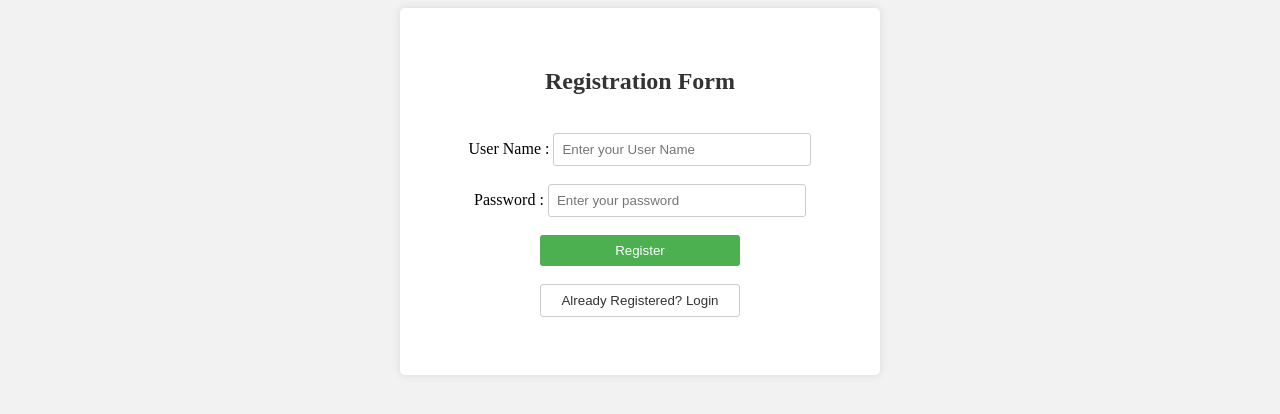
Repository: mansistic-0n3/Java_IGT
Page: Java Project/BankJSP/src/main/webapp/WEB-INF/forgot.html
These files come from the project's save history. The page is drawn as it stood at one moment and after the next save; the edit follows.
The browser window is 1280 px wide. The pictures show the whole page.

Above is the page before, as saved 2023-06-28 18:40:21.

### Java Project/BankJSP/src/main/webapp/WEB-INF/forgot.html
<!DOCTYPE html>
<html>
<head>
  <title>Registration Form</title>
</head>
<body style="background-color: #f2f2f2; text-align:center;">
  <div style="max-width: 400px; margin: 0 auto; padding: 40px; background-color: #ffffff; border-radius: 5px; box-shadow: 0 0 10px rgba(0, 0, 0, 0.1);">
    <h2 style="text-align: center; color: #333333;">Registration Form</h2>
    <form action="register">
      <br>
        User Name : <input type="text" name="name" placeholder="Enter your User Name" style="width: 60%; padding: 8px; border-radius: 3px; border: 1px solid #cccccc;">
      <br><br>
        Password : <input type="password" name="pass" placeholder="Enter your password" style="width: 60%; padding: 8px; border-radius: 3px; border: 1px solid #cccccc;">
      <br><br>
        <button type="submit" style="width: 50%; padding: 8px; border-radius: 3px; border: none; background-color: #4CAF50; color: #ffffff; cursor: pointer;">Register</button>
      </form><br><form action="login.html">
        <input type="submit" value="Already Registered? Login" style="width: 50%; padding: 8px; border-radius: 3px; border: 1px solid #cccccc; background-color: #ffffff; color: #333333; cursor: pointer;">
      <br><br>
    </form>
  </div>
</body>
</html>

After the next save:
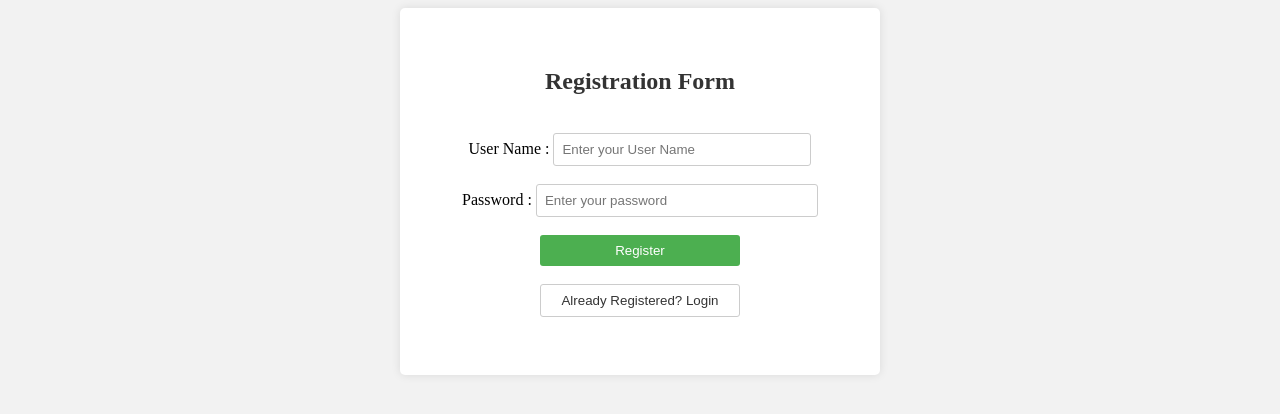
Saved 34 s later.
--- a/Java Project/BankJSP/src/main/webapp/WEB-INF/forgot.html
+++ b/Java Project/BankJSP/src/main/webapp/WEB-INF/forgot.html
@@ -10,7 +10,7 @@
       <br>
         User Name : <input type="text" name="name" placeholder="Enter your User Name" style="width: 60%; padding: 8px; border-radius: 3px; border: 1px solid #cccccc;">
       <br><br>
-        Password : <input type="password" name="pass" placeholder="Enter your password" style="width: 60%; padding: 8px; border-radius: 3px; border: 1px solid #cccccc;">
+        Password : <input type="password" name="pass" placeholder="Enter your password" style="width: 66%; padding: 8px; border-radius: 3px; border: 1px solid #cccccc;">
       <br><br>
         <button type="submit" style="width: 50%; padding: 8px; border-radius: 3px; border: none; background-color: #4CAF50; color: #ffffff; cursor: pointer;">Register</button>
       </form><br><form action="login.html">
